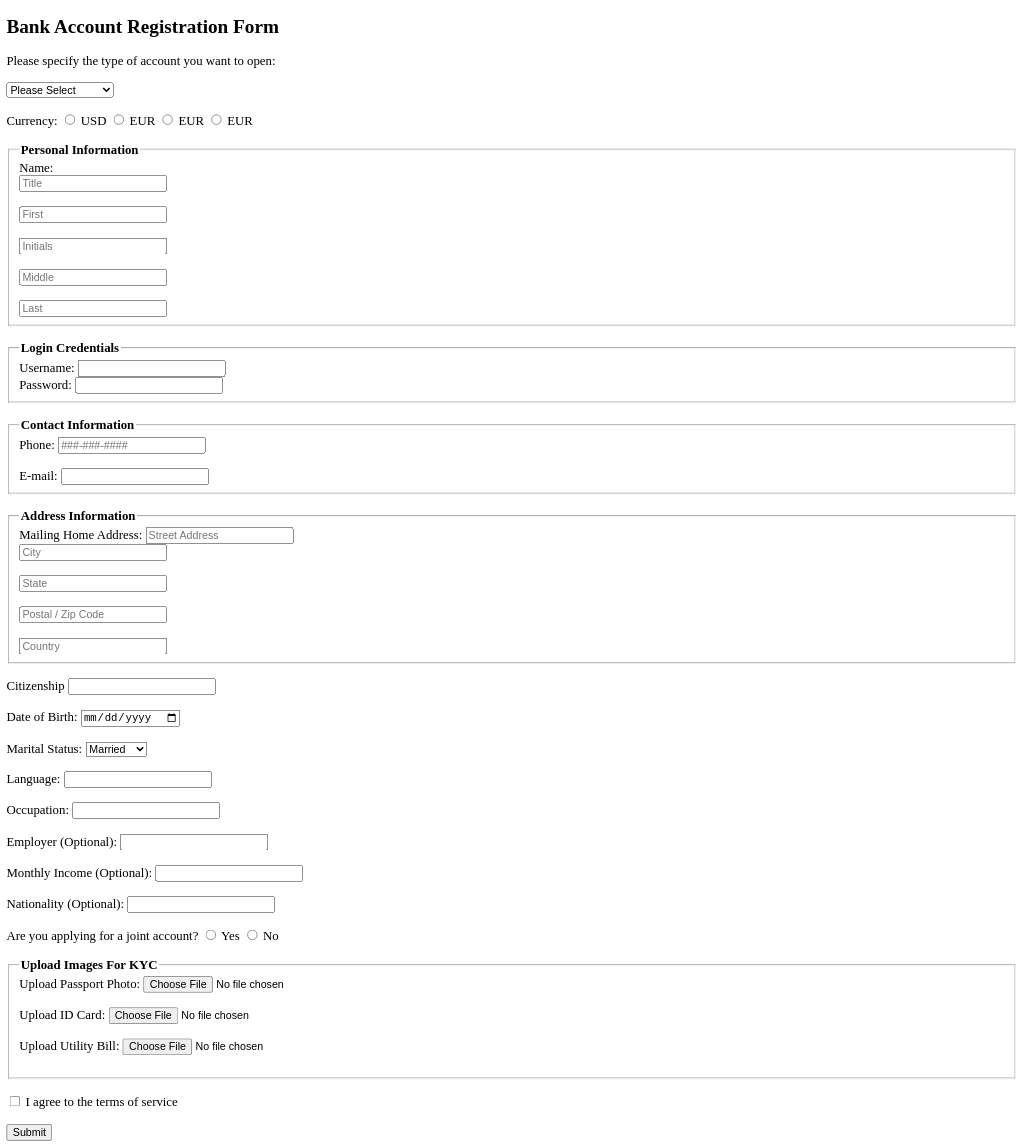
Repository: hizeetech/First-Assignment
Page: sign_up.html
These files come from the project's save history. The page is drawn as it stood at one moment and after a run of saves; the edit follows.
The browser window is 1280 px wide. The pictures show the whole page, at 80% of full size.

Above is the page before, as saved 2024-11-09 03:38:52.

### sign_up.html
<!-- sign_up.html -->
<!DOCTYPE html>
<html lang="en">
<head>
    <meta charset="UTF-8">
    <meta name="viewport" content="width=device-width, initial-scale=1.0">
    <title>Bank Account Registration Form</title>

</head>
<body>

<div>
    <h2>Bank Account Registration Form</h2>
    <form action="#" method="post">

        <div>
            <label for="account-type">Please specify the type of account you want to open:</label><br><br>
            <select id="account-type" name="account_type" required>
                <option value="">Please Select</option>
                <option value="savings">Savings Account</option>
                <option value="current">Current Account</option>
                <option value="corporate">Corporate Account</option>
            </select>
        </div>
        <br>
        <div>
            <label>Currency:</label>
            <label><input type="radio" name="currency" value="NGN" required> USD</label>
            <label><input type="radio" name="currency" value="USD"> EUR</label>
            <label><input type="radio" name="currency" value="EUR"> EUR</label>
            <label><input type="radio" name="currency" value="POUNDS"> EUR</label>
        </div>
        <br>
        <div>
            <fieldset>
                <legend><b>Personal Information</b></legend>
            <label for="title">Name:</label>
            <div class="inline"><input type="text" id="title" name="title" placeholder="Title"></div><br>
            <div class="inline"><input type="text" name="first_name" placeholder="First" required></div><br>
            <div class="inline"><input type="text" name="initials" placeholder="Initials"></div><br>
            <div class="inline"><input type="text" name="middle_name" placeholder="Middle"></div><br>
            <input type="text" name="last_name" placeholder="Last" required><br>
            </fieldset>
        </div>
        <br>
        <div>
            <fieldset>
                <legend><b>Login Credentials</b></legend>
            <label for="username">Username:</label>
            <input type="username" id="username" name="username" required><br>
            <label for="password">Password:</label>
            <input type="password" id="password" name="password" required>

            </fieldset>

        </div>
        <br>
        <div>
            <fieldset>
                <legend><b>Contact Information</b></legend>
            <label for="phone">Phone:</label>
            <input type="tel" id="phone" name="phone" placeholder="###-###-####" required>
        <br><br>
            <label for="email">E-mail:</label>
            <input type="email" id="email" name="email" required>
        </fieldset>
        </div>
        <br>
        <div>
            <fieldset>
                <legend><b>Address Information</b></legend>
            <label for="address">Mailing Home Address:</label>
            <input type="text" id="address" name="address" placeholder="Street Address" required><br>
            <div class="inline"><input type="text" name="city" placeholder="City" required></div><br>
            <div class="inline"><input type="text" name="state" placeholder="State" required></div><br>
            <div class="inline"><input type="text" name="postal_code" placeholder="Postal / Zip Code" required></div><br>
            <input type="text" name="country" placeholder="Country" required><br>
        </fieldset>
        </div>
        <br>
        <div>
            <label for="citizenship">Citizenship</label>
            <input type="citizenship" id="citizenship" name="citizenship" required>
        </div>
        <br>
        <div>
            <label for="dob">Date of Birth:</label>
            <input type="date" id="dob" name="dob" required>
        </div>
        <br>
        <div>
            <label for="marital-status">Marital Status:</label>
            <select id="marital-status" name="marital_status" required>
                <option value="married">Married</option>
                <option value="single">Single</option>
                <option value="divorced">Divorced</option>
                <option value="widowed">Widowed</option>
            </select>
        </div>
        <br>
        <div>
            <label for="language">Language:</label>
            <input type="text" id="language" name="language" required>
        </div>
        <br>
        <div>
            <label for="occupation">Occupation:</label>
            <input type="text" id="occupation" name="occupation" required>
        </div>
        <br>
        <div>
            <label for="employer">Employer (Optional):</label>
            <input type="text" id="employer" name="employer">
        </div>
        <br>
        <div>
            <label for="income">Monthly Income (Optional):</label>
            <input type="text" id="income" name="monthly_income">
        </div>
        <br>
        <div>
            <label for="nationality">Nationality (Optional):</label>
            <input type="text" id="nationality" name="nationality">
        </div>
        <br>
        <div>
            <label>Are you applying for a joint account?</label>
            <label><input type="radio" name="joint_account" value="yes"> Yes</label>
            <label><input type="radio" name="joint_account" value="no"> No</label>
        </div>
        <br>
        <div>
            <fieldset>
                <legend><b>Upload Images For KYC</b></legend>
            <label for="passportPhoto">Upload Passport Photo:</label>
            <input type="file" id="passportPhoto" name="passportPhoto" accept="image/*" required><br><br>

            <label for="idCard">Upload ID Card:</label>
            <input type="file" id="idCard" name="idCard" accept="image/*" required><br><br>

            <label for="utilityBill">Upload Utility Bill:</label>
            <input type="file" id="utilityBill" name="utilityBill" accept="image/*" required><br><br>
            </fieldset>
        </div>
        <br>
        <div>
            <input type="checkbox" id="terms" name="terms" required>
            <label for="terms">I agree to the terms of service</a></label>
        </div>
        <br>
        <button type="submit" class="submit-btn">Submit</button>
    </form>
</div>

</body>
</html>

After the next 3 saves:
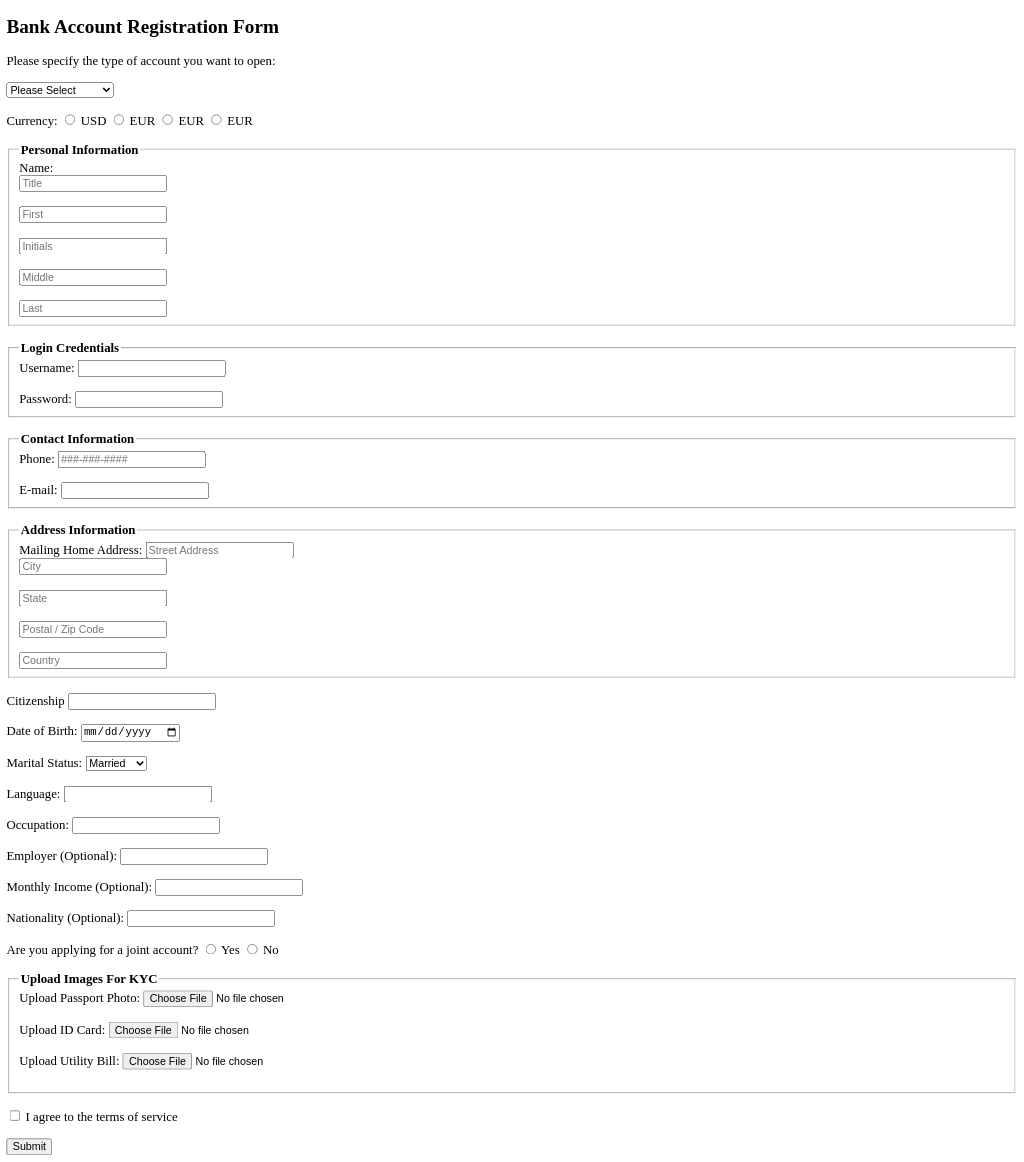
The 3 saves are shown as one change because they came seconds apart.
The last was saved 13 s later.
--- a/sign_up.html
+++ b/sign_up.html
@@ -47,7 +47,7 @@
             <fieldset>
                 <legend><b>Login Credentials</b></legend>
             <label for="username">Username:</label>
-            <input type="username" id="username" name="username" required><br>
+            <input type="username" id="username" name="username" required><br><br>
             <label for="password">Password:</label>
             <input type="password" id="password" name="password" required>
 
